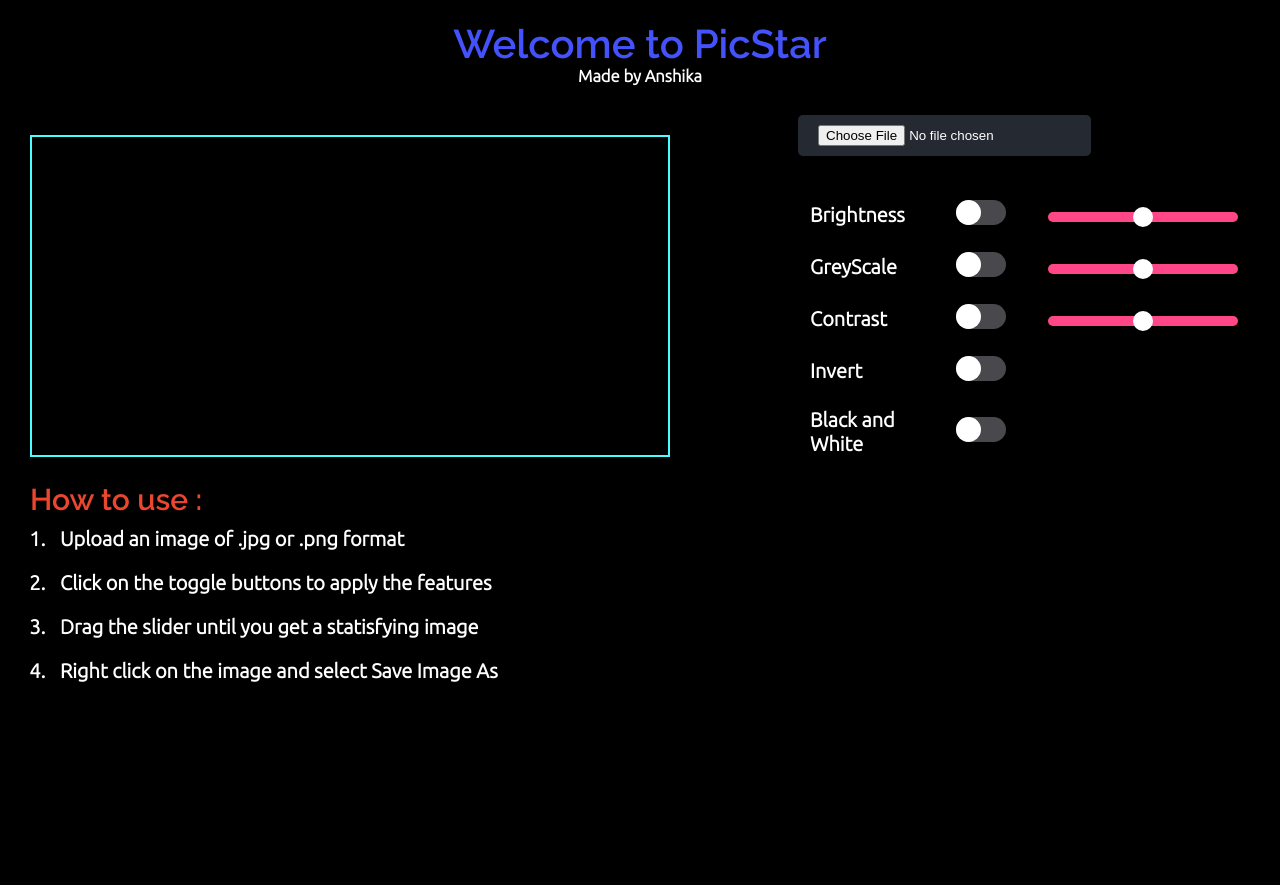
Repository: ANSHIKA1806/PICSTAR
Page: index.html
These files come from the project's save history. The page is drawn as it stood at one moment and after the next save; the edit follows.
The browser window is 1280 px wide. The pictures show the whole page.

Above is the page before, as saved 2021-10-08 20:36:52.

### index.html
<!DOCTYPE html>
<html lang="en">

<head>
	<link rel='icon' href='favicon.ico' type='image/x-icon' />
	<meta charset="UTF-8">
	<title>PicStar Image Editor</title>
	<link rel="stylesheet" href="./style.css">

</head>

<body>
	<!-- partial:index.partial.html -->
	<h1 id="main-heading">Welcome to PicStar</h1>
	<h5 id="heading-subtext">Made by Anshika</h5>
	<div class="editparts">

		<table>
			<tr>
				<input type="file" id="imageLoader" name="imageLoader" value="upload picture" />
			</tr>
			<tr>
				<td>Brightness</td>
				<td><input type="checkbox" id="bri_check" /></td>
				<td><input type="range" min="0" max="1" step="0.01" id="bright"></td>
			</tr>
			<tr>
				<td>GreyScale</td>
				<td><input type="checkbox" id="gre_check" /></td>
				<td><input type="range" min="0" max="3" step="0.3" id="greyscale"></td>
			</tr>
			<tr>
				<td>Contrast</td>
				<td><input type="checkbox" id="cont_check" /></td>
				<td><input type="range" min="0" max="500" step="1" id="contrast"></td>
			</tr>
			<tr>
				<td>Invert</td>
				<td><input type="checkbox" id="invert" /></td>
				<td></td>
			</tr>
			<tr>
				<td>Black and White</td>
				<td><input type="checkbox" id="bwhite"></td>
				<td></td>
			</tr>
		</table>
	</div>
	<canvas id="canvas"></canvas>
	<h3 id="instructions-heading">How to use : </h3>
	<h4 id="instructions">
		<ol>
			<li>Upload an image of .jpg or .png format</li>
			<li>Click on the toggle buttons to apply the features</li>
			<li>Drag the slider until you get a statisfying image</li>
			<li>Right click on the image and select Save Image As</li>
		</ol>
	</h4>
	<!-- partial -->
	<script src="./script.js"></script>

</body>

</html>

### style.css
@import url('https://fonts.googleapis.com/css2?family=Raleway:wght@600&display=swap');
@import url('https://fonts.googleapis.com/css2?family=Ubuntu:wght@300&display=swap');

::-webkit-scrollbar {
	display: none;
}


* {
	margin: 0;
	padding: 0;
	box-sizing: border-box;
}

* {
	outline: transparent;
	padding: 0;
	margin: 0;
	box-sizing: border-box;
}

body {
	background-color: rgb(0, 0, 0);
	color: #fff;
	font-family: 'Ubuntu', sans-serif;
	font-weight: bold;
	font-size: 20px;
}

#main-heading {
	font-family: 'Raleway', sans-serif;
	font-weight: 600;
	text-align: center;
	margin-top: 20px;
	color: rgb(68, 82, 251);
}

#heading-subtext {
	font-family: 'Ubuntu', sans-serif;
	text-align: center;
}

.editparts {
	width: 40%;
	float: right;
	padding: 30px;
	height: 800px;
}

#imageLoader {
	background-color: #252932;
	color: white;
}

canvas {
	border: 2px solid #4afcff;
	width: 50%;
	display: inline-block;
	margin-top: 50px;
	height: 40%;
	margin-left: 30px;
}

input[type="file"] {
	display: inline-block;
	margin-bottom: 30px;
	background-color: #fff;
	color: #252932;
	padding: 10px 20px;
	border-radius: 5px;
}

input[type="checkbox"] {
	position: relative;
	width: 50px;
	height: 25px;
	background-color: #49494d;
	appearance: none;
	-webkit-appearance: none;
	-moz-appearance: none;
	border-radius: 20px;
	transition: 0.5s;
	cursor: pointer;
	display: inline-block;
	margin-right: 20px;
}

input:checked[type="checkbox"] {
	background-color: #30fcff;
	outline: none;
	padding-left: 10px;
}

input[type="checkbox"]:before {
	content: '';
	width: 25px;
	height: 25px;
	border-radius: 50%;
	background-color: #fff;

	position: absolute;
	top: 0;
	left: 0;
	transition: 0.5s;
}

input:checked[type="checkbox"]:before {
	left: 25px;
	transition: 0.5s;
}

input[type="range"] {
	appearance: none;
	-webkit-appearance: none;
	-moz-appearance: none;
	width: 190px;
	height: 10px;
	background-color: #ff4787;
	border-radius: 20px;
	outline: transparent;
	cursor: pointer;
}

input[type="range"]::-webkit-slider-thumb {
	-webkit-appearance: none;
	appearance: none;
	width: 20px;
	height: 20px;
	background-color: #ffffff;
	cursor: pointer;
	border-radius: 100%;
	border: none;
	outline: transparent;

}

input[type="range"]::-moz-range-thumb {
	-moz-appearance: none;
	appearance: none;
	width: 20px;
	height: 20px;
	background-color: #e1a1ff;
	cursor: pointer;
	border-radius: 25%;
	border: none;
	outline: transparent;
	box-shadow: inset 0 0 5px rgba(0, 0, 0, 0.5);
}

tr td {
	padding: 10px;
}

#instructions-heading {
	font-family: 'Raleway', sans-serif;
	color: rgb(236, 70, 46);
	margin-top: 20px;
	margin-left: 30px;
	font-size: 30px;
}

#instructions {
	margin-left: 50px;
	font-size: 20px;
}

ol li {
	padding: 10px;
}

### script.js
var bright = document.getElementById("bright");
			var bri_c = document.getElementById("bri_check");
			var scale = document.getElementById("greyscale");
			var gre_c = document.getElementById("gre_check");
			var cont = document.getElementById("contrast");
			var cont_ch = document.getElementById("cont_check");
			var invert = document.getElementById("invert");
			var bw = document.getElementById("bwhite");
			var ctx = document.getElementById("canvas").getContext("2d");
			var canvas = document.getElementById("canvas");

			var imageLoader = document.getElementById("imageLoader");
			imageLoader.addEventListener("change", handleImage);
			bright.addEventListener("change", brights);
			bri_c.addEventListener("click", brights);
			scale.addEventListener("change", brights);
			gre_c.addEventListener("click", brights);
			cont.addEventListener("change", brights);
			cont_ch.addEventListener("click", brights);
			invert.addEventListener("click", brights);
			bw.addEventListener("click", brights);


			var img, mydata;;
			function handleImage(e) {
				var reader = new FileReader();
				reader.onload = function(event) {
				img = new Image();
					img.onload = function() {
					canvas.width = img.width;
					canvas.height = img.height;
					ctx.drawImage(img, 0, 0);
					newImage = ctx.getImageData(0, 0, 800, 400);
					mydata = newImage.data;
					newImage.data = mydata;
					ctx.putImageData(newImage, 0, 0);
					};
				img.src = event.target.result;
				};
				if(e.target.id == "imageLoader"){
					reader.readAsDataURL(e.target.files[0]);
				}
			}




			function brights(){

				ctx.drawImage(img, 0, 0);
				newImage = ctx.getImageData(0,0,img.width,img.height);
				mydata = newImage.data;
				newImage.data = mydata;
				ctx.putImageData(newImage, 0, 0);

				//start brightness
				if(bri_c.checked == true){
					for(var i = 0;i<mydata.length;i+=4){
						mydata[i] 	= mydata[i]   * bright.value;
						mydata[i+1] = mydata[i+1] * bright.value;
						mydata[i+2] = mydata[i+2] * bright.value;
					}
				}
				//End brightness

			//start greyscale
				if(gre_c.checked == true){
					for(var i = 0;i<mydata.length;i+=4){
						var grey = (mydata[i] + mydata[i+1] + mydata[i+2]) / scale.value;
						mydata[i] 	= grey;
						mydata[i+1] = grey;
						mydata[i+2] = grey;
					}
				}
			//end grey scale

			//start Contrast
				if(cont_ch.checked == true){
					for(var i = 0;i<mydata.length;i+=4){
						var factor = (259 * (cont.value + 255)) / (255 * (259 - cont.value));
						mydata[i] 	= factor * (mydata[i] - 128) + 128;
						mydata[i+1] = factor * (mydata[i+1] - 128) + 128;
						mydata[i+2] = factor * (mydata[i+2] - 128) + 128;
					}
				}
			//end Contrast

			//start invert picture
				if(invert.checked == true){
					for(var i = 0;i<mydata.length;i+=4){
						mydata[i] 	= 255 - mydata[i];
						mydata[i+1] = 255 - mydata[i+1];
						mydata[i+2] = 255 - mydata[i+2];
					}
					newImage.data = mydata;
					ctx.putImageData(newImage,0,0);
				}
			//End invert picture

			//start B/W picture
				if(bw.checked == true){
					for(var i = 0;i< mydata.length;i+=4){
						var grey = (mydata[i] + mydata[i+1] + mydata[i+2]) / 3;
						if(grey < 128){
							mydata[i] = mydata[i+1] = mydata[i+2] = 0;
						}else{
							mydata[i] = mydata[i+1] = mydata[i+2] = 255;
						}
					}
				newImage.data = mydata;
				ctx.putImageData(newImage,0,0);
				}
			//End B/W picture
			newImage.data = mydata;
			ctx.putImageData(newImage,0,0);
			}
						/*End Editing Function*/

After the next save:
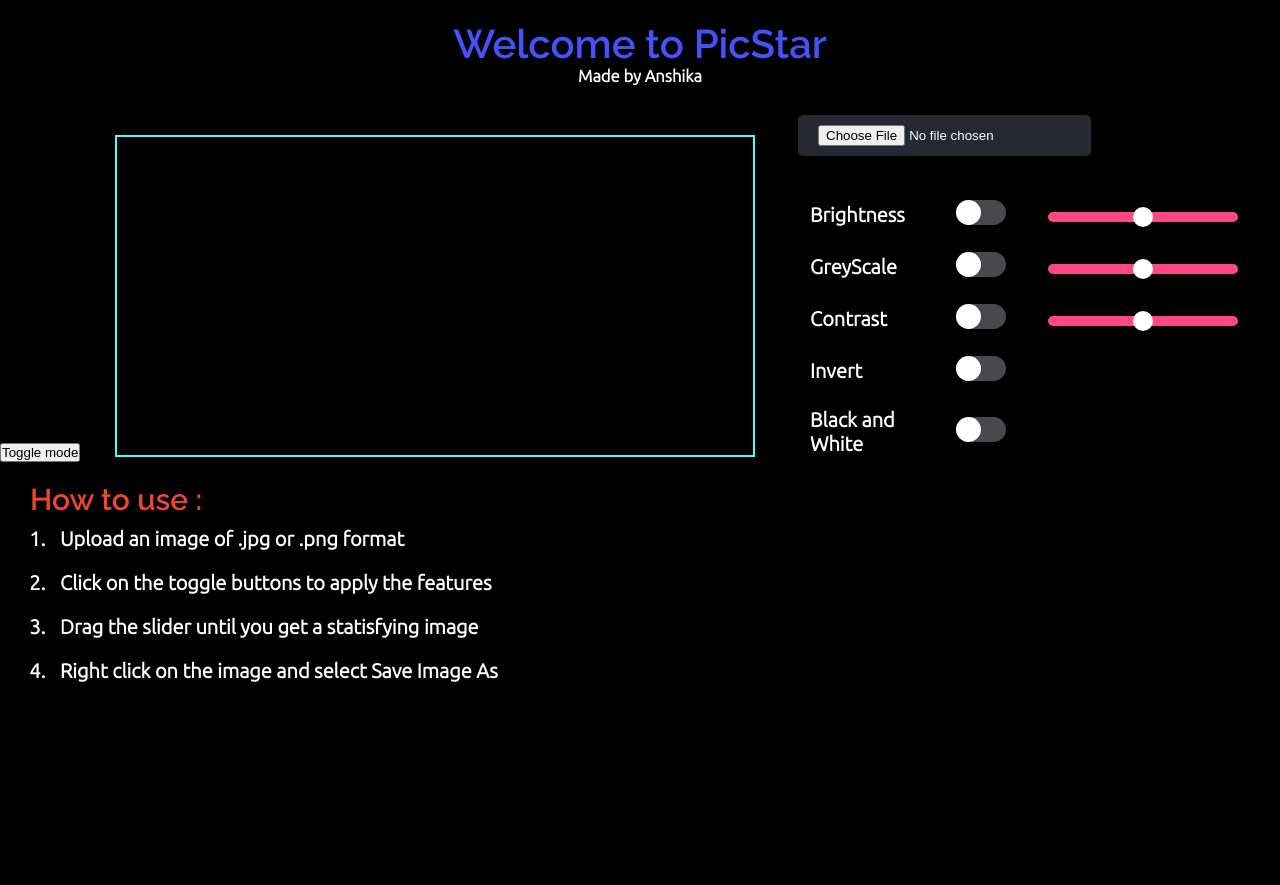
Saved 74 s later.
--- a/index.html
+++ b/index.html
@@ -13,6 +13,8 @@
 	<!-- partial:index.partial.html -->
 	<h1 id="main-heading">Welcome to PicStar</h1>
 	<h5 id="heading-subtext">Made by Anshika</h5>
+
+	<button type="button">Toggle mode</button>
 	<div class="editparts">
 
 		<table>
